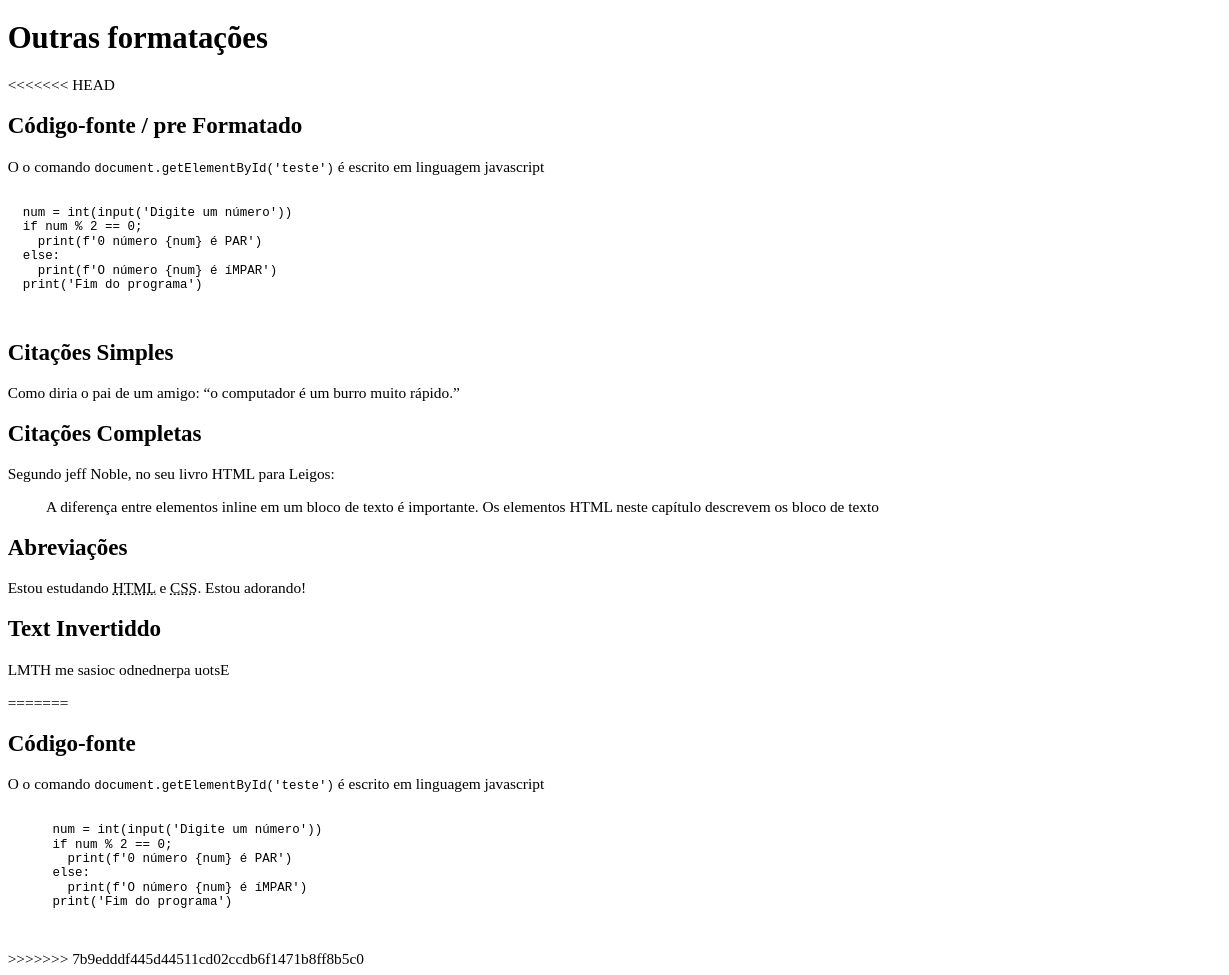
Repository: pheonix5/Estudo
Page: html-css/exercicios/ex008b/index.html
An editor plug-in stored every save of this project. The page is shown before and after the next save, followed by the edit.
The browser window is 1280 px wide. The pictures show the whole page, at 96% of full size.

Above is the page before, as saved 2023-08-02 15:39:46.

After the next save:
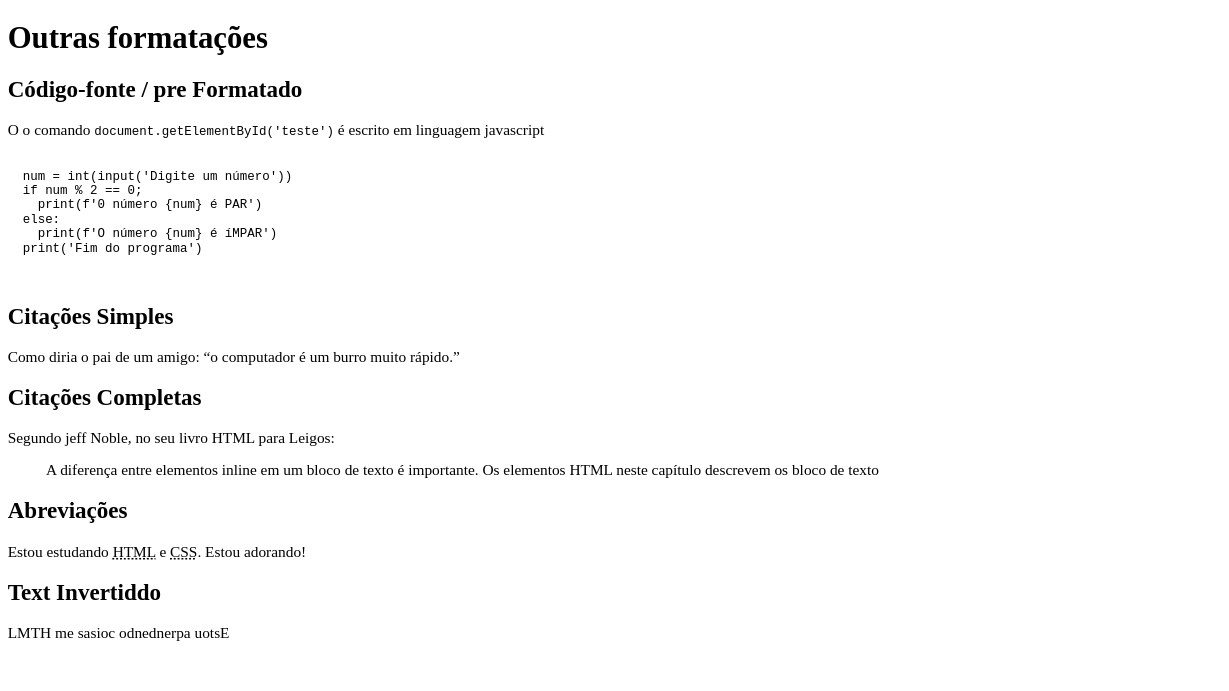
Saved 7 s later.
--- a/html-css/exercicios/ex008b/index.html
+++ b/html-css/exercicios/ex008b/index.html
@@ -7,7 +7,6 @@
 </head>
 <body>
   <h1>Outras formatações</h1>
-<<<<<<< HEAD
   <h2>Código-fonte / pre Formatado</h2>
   <p>O o comando <code>document.getElementById('teste')</code> é escrito em linguagem javascript</p>
   <pre>
@@ -36,19 +35,5 @@
 
   <h2>Text Invertiddo</h2>
   <p><bdo dir="rtl">Estou aprendendo coisas em HTML</bdo></p>
-=======
-  <h2>Código-fonte</h2>
-  <p>O o comando <code>document.getElementById('teste')</code> é escrito em linguagem javascript</p>
-  <pre>
-    <code>
-      num = int(input('Digite um número'))
-      if num % 2 == 0;
-        print(f'0 número {num} é PAR')
-      else:
-        print(f'O número {num} é íMPAR')
-      print('Fim do programa')
-    </code>
-  </pre>
->>>>>>> 7b9edddf445d44511cd02ccdb6f1471b8ff8b5c0
 </body>
 </html>
